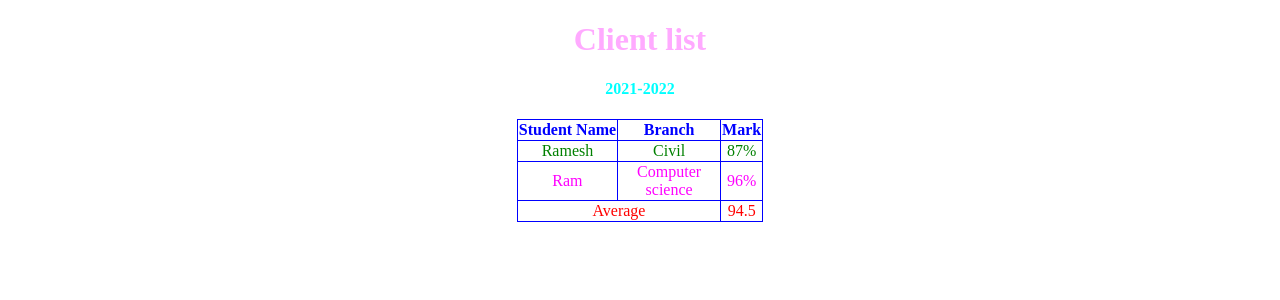
Repository: Balamurugan1914/crud_operation_without_db
Page: html_example/src/main/webapp/client.html
An editor plug-in stored every save of this project. The page is shown before and after the next save, followed by the edit.
The browser window is 1280 px wide. The pictures show the whole page.

Above is the page before, as saved 2022-06-22 12:07:29.

After the next save:
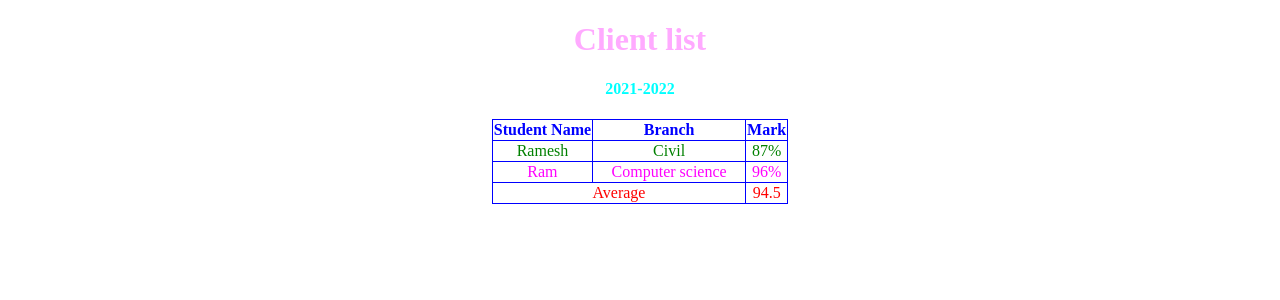
Saved 22 s later.
--- a/html_example/src/main/webapp/client.html
+++ b/html_example/src/main/webapp/client.html
@@ -23,7 +23,7 @@ h1 {
 	<thead align="center">
 		<tr class="Light" >
 			<th>Student Name</th>
-			<th style="width: 100px">Branch</th>
+			<th style="width: 150px">Branch</th>
 			<th>Mark</th>
 		</tr>
 	</thead>
